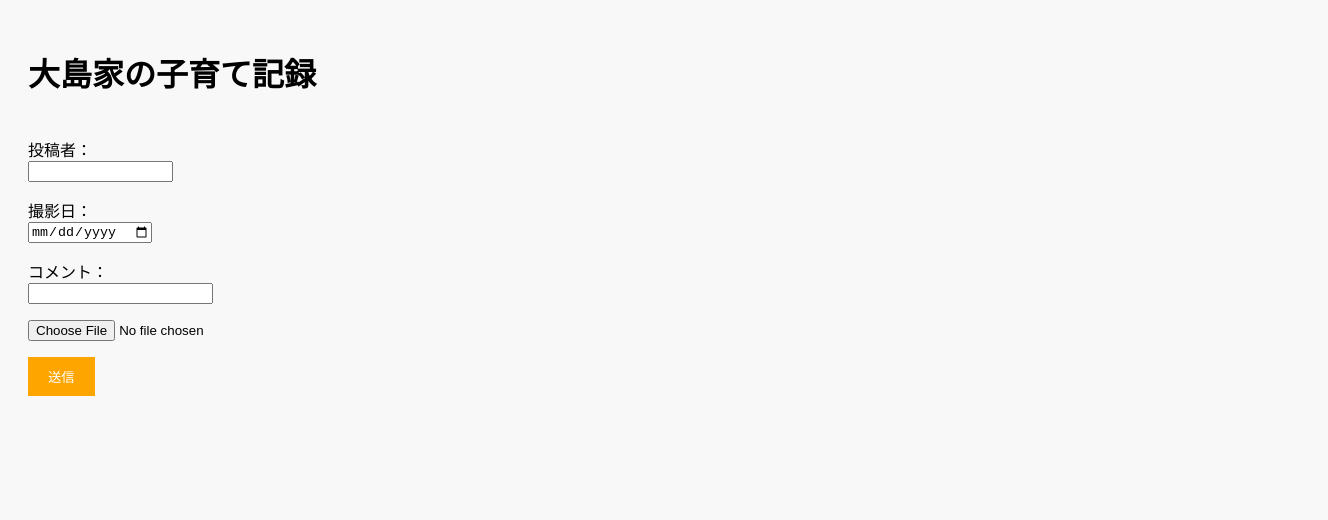
Repository: daidai0602/gs_kadai_questionnaire
Page: http://localhost/post.php
An editor plug-in stored every save of this project. The page is shown before and after a run of saves, followed by the edit.
The browser window is 1280 px wide. The page is 1328 px wide, so the pictures cover 1328 px, including what lies to the right of the window. The pictures show the whole page.
The page is run by PHP 8.4 with error messages shown; the project is at /var/www/html/.

Above is the page before, as saved 2023-11-15 23:11:35.

After the next 7 saves:
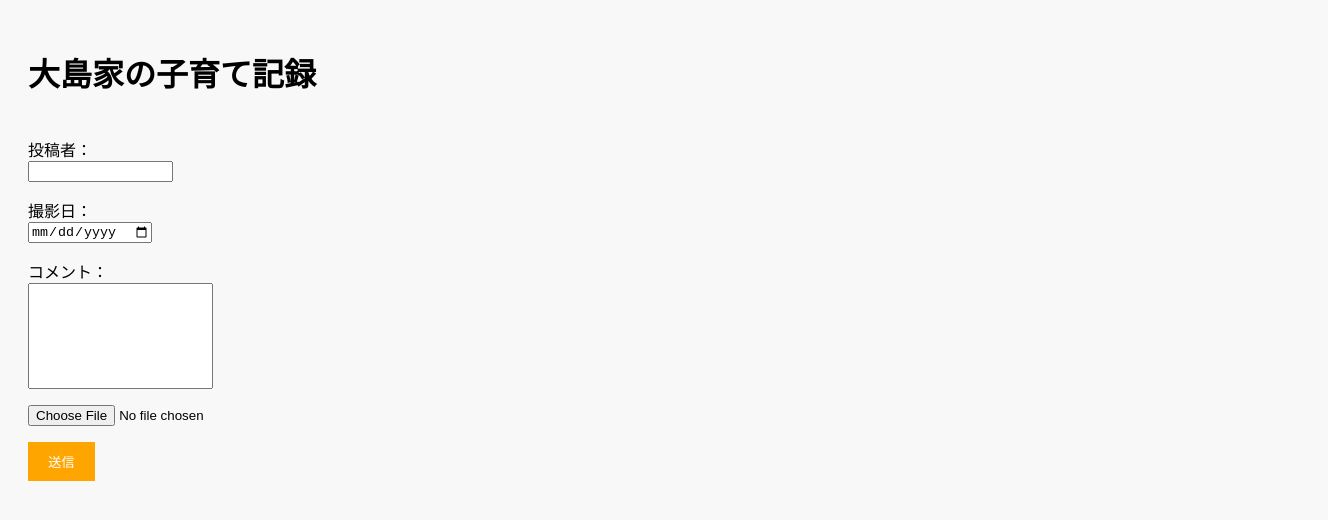
The 7 saves are shown as one change because they came seconds apart.
The last was saved 20 s later.
--- a/post.php
+++ b/post.php
@@ -14,7 +14,9 @@
     h1 {
       padding-bottom: 20px;
     }
-    input[type=text][]
+    input[type=text][type=textarea]{
+      width: 100%;
+    }
     input[type=textarea]{
       height: 100px;
     }
